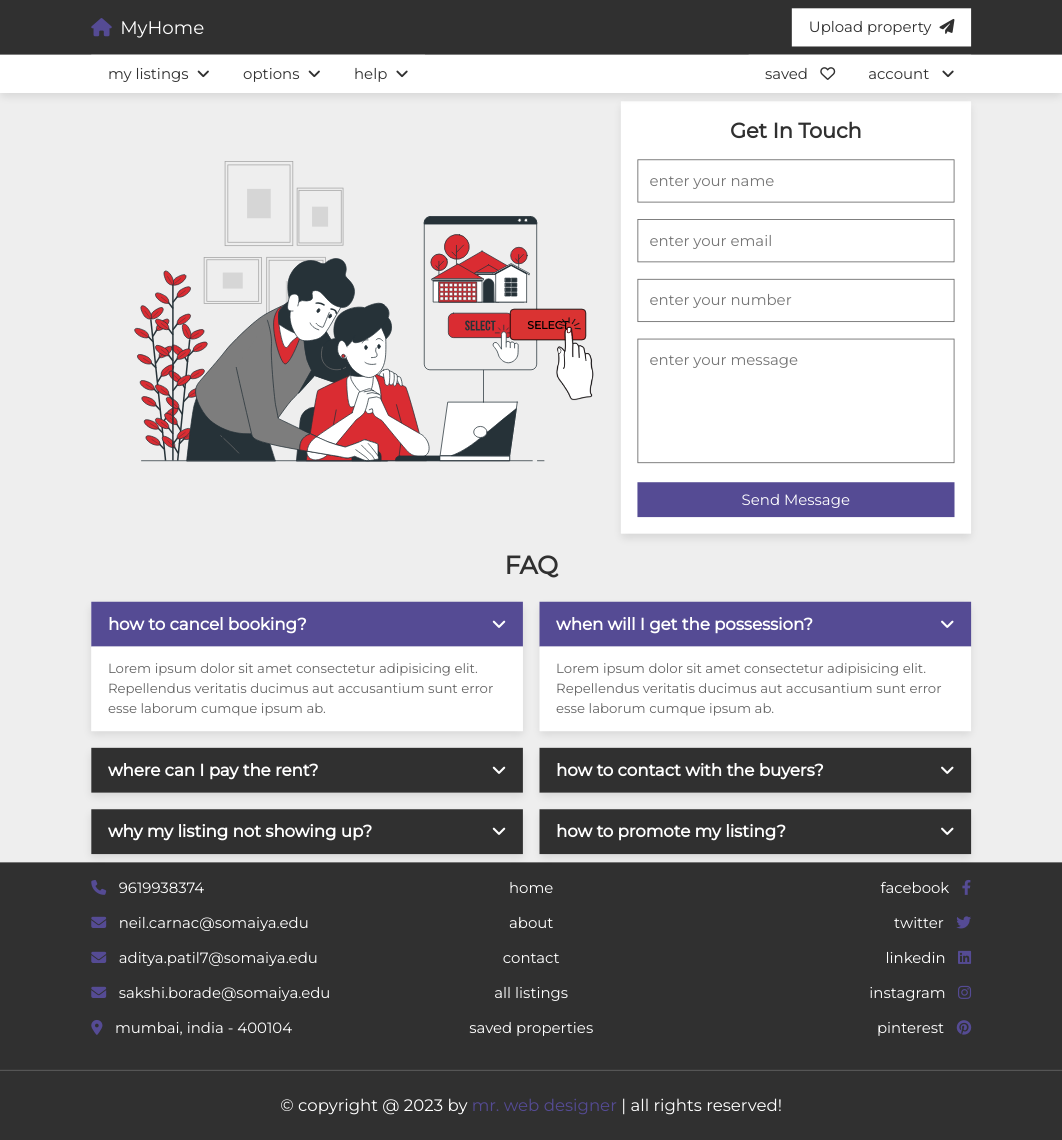
Repository: adi-tya999/wpl-project-realestatewebsite-main
Page: http://localhost/project/contact.php
These files come from the project's save history. The page is drawn as it stood at one moment and after a run of saves; the edit follows.
The browser window is 1280 px wide. The pictures show the whole page, at 83% of full size.
The page is run by PHP 8.4 with error messages shown; the project is at /var/www/html/.

Above is the page before, as saved 2023-04-29 17:08:33.

After the next 2 saves:
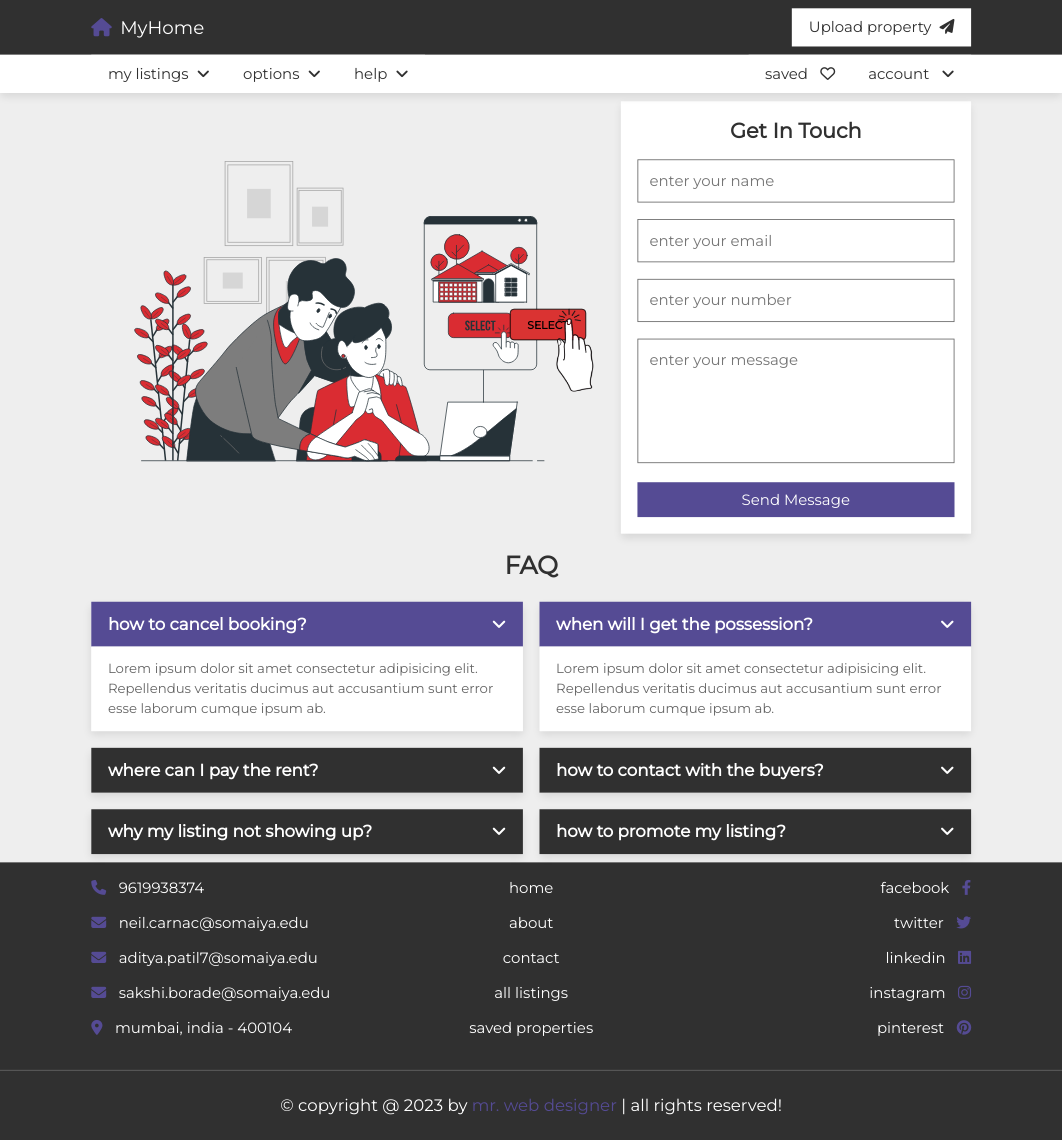
The 2 saves are shown as one change because they came seconds apart.
The last was saved 7 s later.
--- a/project/contact.php
+++ b/project/contact.php
@@ -90,7 +90,7 @@ if(isset($_POST['send'])){
          position: absolute; /* Add relative positioning to the container */
          height:100px ;
          width:45px ;
-         margin-top: 270px;
+         margin-top: 260px;
          margin-left: 670px;
          z-index: 2;
       }
